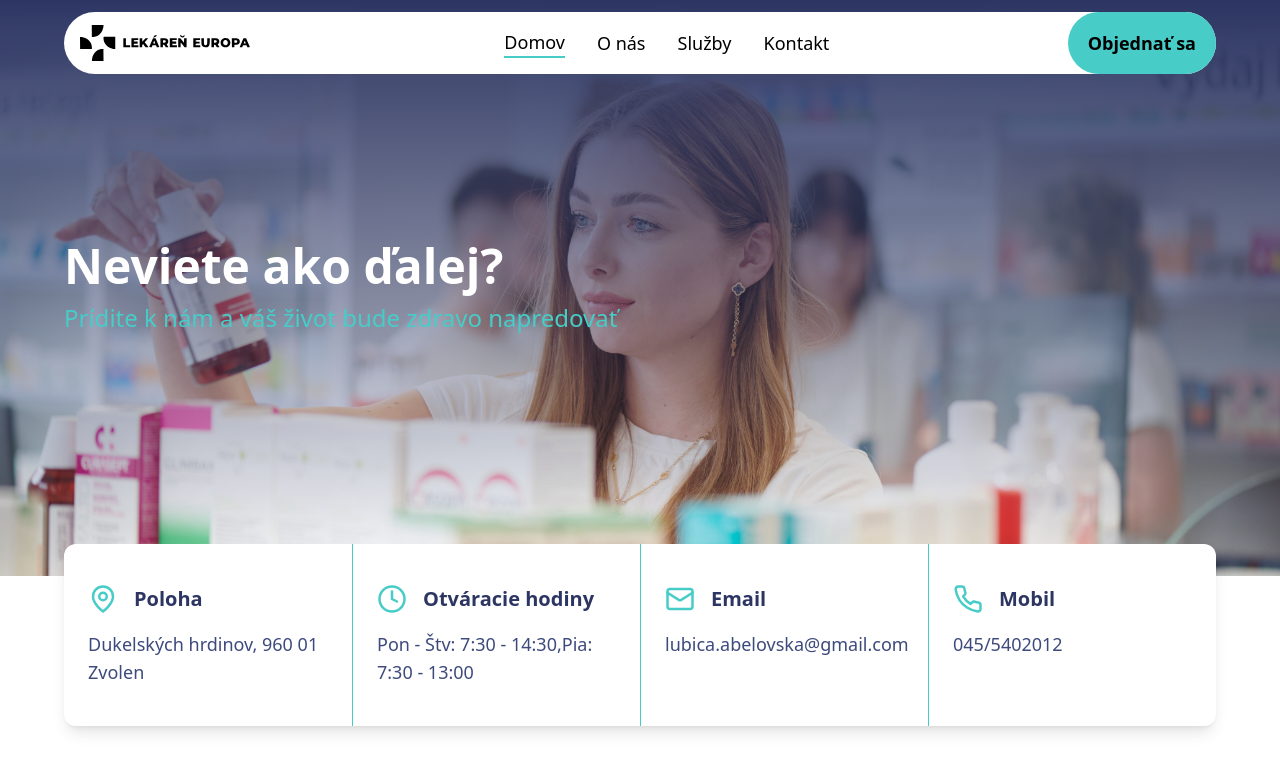
Repository: SimonSkoda13/Lekaren
Page: /
The author's editor kept a copy of each file at every save. The page is drawn from the files as they stood at one save, then again after the next save.
The browser window is 1280 px wide. The pictures show the whole page.
The project was rebuilt for these pictures with package versions that can differ from the ones it lists, and the page was loaded fresh each time. The framework's server and built-in components were replaced by stand-ins that run in the browser. Also part of the build but not shown: next.config.js.

Above is the page before, as saved 2023-04-23 16:09:23.

### src/app/layout.tsx
import { Header } from "./components/Header/Header";
import "./globals.css";
import { Poppins } from "next/font/google";

export const metadata = {
  title: "Create Next App",
  description: "Generated by create next app",
};

export default function RootLayout({
  children,
}: {
  children: React.ReactNode;
}) {
  return (
    <html lang="en">
      <body className="bg-white min-h-[100vh]">
        <Header />
        <main>{children}</main>
        <footer></footer>
      </body>
    </html>
  );
}

### src/app/page.tsx
import Image from "next/image";
import { Inter } from "next/font/google";
import { HomeHero } from "./components/HomeHero/HomeHero";
import { Contact } from "./components/Contact/Contact";
import { Phone, MapPin, Clock4, Mail } from "lucide-react";
import { getHomeSchema } from "./utils/get-home-schema";

const inter = Inter({ subsets: ["latin"] });

// page with

export default function Home() {
  return (
    <>
      <HomeHero
        title={"Neviete ako ďalej?"}
        image={"/homeBanner.jpg"}
        description={"Prídite k nám a váš život bude zdravo napredovať"}
      />
      <Contact
        items={[
          {
            title: "Poloha",
            link: "https://goo.gl/maps/L5p9gij7kJ6iXfnA9",
            description: "Dukelských hrdinov, 960 01 Zvolen",
            icon: <MapPin size={30} className="stroke-primary" />,
          },
          {
            title: "Otváracie hodiny",
            link: "https://goo.gl/maps/L5p9gij7kJ6iXfnA9",
            description: "Pon - Štv:  7:30 - 14:30,Pia: 7:30 - 13:00",
            icon: <Clock4 size={30} className="stroke-primary" />,
          },
          {
            title: "Email",
            link: "mailto:lubica.abelovska@gmail.com",
            description: "lubica.abelovska@gmail.com",
            icon: <Mail size={30} className="stroke-primary" />,
          },
          {
            title: "Mobil",
            description: "045/5402012",
            link: "tel:045/5402012",
            icon: <Phone size={30} className="stroke-primary" />,
          },
        ]}
      />
      {JSON.stringify(getHomeSchema())}
    </>
  );
}

### src/app/components/Header/Header.tsx
import Link from "next/link";
import React from "react";
import { Nav } from "./Nav/Nav";

export interface HeaderProps {}

export const Header = (props: HeaderProps) => {
  const {} = props;
  return (
    <header className="cntn fixed w-full top-3 z-10">
      <div className="flex bg-white rounded-full ">
        {/* logo */}
        <div className="flex justify-center items-center px-4">
          <img src="/logoHeader.svg" alt="logo" className="w-[170px]" />
        </div>
        {/* nav */}
        {/* get error for next server components */}

        <Nav />
        {/* button order self */}
        <div className="flex justify-center items-center px-5 p-0 bg-primary rounded-full text-lg font-bold">
          <Link href="/order">Objednať sa</Link>
        </div>
      </div>
    </header>
  );
};

### src/app/globals.css
@tailwind base;
@tailwind components;
@tailwind utilities;

@layer components {
  .cntn {
    @apply mx-auto px-4  max-w-screen-xl md:px-16;
  }
}

### src/app/components/HomeHero/HomeHero.tsx
import Image from "next/image";
import React from "react";
import { ImageGradient } from "./ImageGradient/ImageGradient";

export interface HomeHeroProps {
  title: string;
  image: string;
  description: string;
}

export const HomeHero = (props: HomeHeroProps) => {
  const { title, image, description } = props;
  return (
    <section className="relative h-[80vh] z-0 px-0">
      <div className="w-full h-full absolute left-0 top-0 ">
        {/* make filter for image to odd brightness from top biggest to bottom lowest */}
        <ImageGradient>
          <Image
            src={image}
            alt="Next.js logo"
            fill
            style={{
              objectFit: "cover",
              objectPosition: "center",
            }}
          />
        </ImageGradient>
      </div>
      <div className="cntn relative gap-3 h-full flex justify-center flex-wrap flex-col z-10">
        <h1 className="text-5xl font-bold text-white">{title}</h1>
        <p className="text-2xl text-primary">{description}</p>
      </div>
    </section>
  );
};

### src/app/components/Contact/Contact.tsx
import { Phone } from "lucide-react";
import { Url } from "next/dist/shared/lib/router/router";
import Image from "next/image";
import Link from "next/link";
import React, { ReactNode } from "react";

export interface ContactProps {
  items?: {
    title: string;
    description: string;
    icon: ReactNode;
    link?: string;
  }[];
}

export const Contact = (props: ContactProps) => {
  const { items } = props;
  return (
    <section className="cntn z-10 relative top-[-2rem]">
      <div className="w-full h-full grid grid-cols-2 md:grid-cols-4 items-start bg-white rounded-xl shadow-lg divide-x divide-primary">
        {items?.map((item) => (
          <Link href={item?.link as Url} className="h-full">
            <div className="flex flex-col items-start gap-4 p-6 py-10">
              <div className="flex w-full flex-row gap-4 items-center">
                {item.icon}
                <h2 className="text-xl font-bold text-secondary">
                  {item.title}
                </h2>
              </div>
              <p className="text-lg font-medium text-secondary-light">
                {item.description}
              </p>
            </div>
          </Link>
        ))}
      </div>
    </section>
  );
};

### src/app/utils/get-home-schema.ts
import { Pharmacy, WithContext } from "schema-dts";

export const getHomeSchema = () => {
  const schema: WithContext<Pharmacy> = {
    "@context": "https://schema.org",
    "@type": "Pharmacy",
    name: "Lekáreň Európa",
    currenciesAccepted: "EUR",
    openingHours: "Mo-Fr 08:00-18:00",
    paymentAccepted: "cash, credit card",
    containedInPlace: {
      "@type": "Place",
      name: "Europa SC",
      geo: {
        "@type": "GeoCoordinates",
        latitude: 48.7333,
        longitude: 19.15,
      },
    },
    publicAccess: true,
    slogan: "Predávame lieky v strede Slovenska",

    hasMap:
      "https://www.google.com/maps/place/Lek%C3%A1re%C5%88+Europea/@48.7299657,19.1328671,17z/data=!3m1!4b1!4m6!3m5!1s0x47153df0f0c243a1:0xd4c6def9d2574dea!8m2!3d48.7299622!4d19.135442!16s%2Fg%2F11bzx28x9_",
    description:
      "Predávame lieky v strede Slovenska, hlavne v okolí Banskej Bystrice a Zvolena. Čoskoro ponúkneme službu doručovania liekov pre seniorov a tých, ktorí to potrebujú",
    address: {
      "@type": "PostalAddress",
      streetAddress: "Na Troskách 25",
      addressLocality: "Banská Bystrica",
      postalCode: "974 01",
      addressCountry: "Slovakia",
    },
    telephone: "Your Telephone Number",
    email: "Your Email Address",
    url: "Your Website URL",
    image: "Your Hero Image URL",
    contactPoint: {
      "@type": "ContactPoint",
      telephone: "Your Telephone Number",
      email: "Your Email Address",
      contactType: "customer service",
    },
  };
};

### src/app/components/Header/Nav/Nav.tsx
"use client";

import Link from "next/link";
import { usePathname } from "next/navigation";
import React from "react";

export const Nav = () => {
  const path = usePathname();
  console.log(path);

  return (
    <div className="py-4 px-4 flex gap-8 items-center mx-auto text-lg font-medium">
      <Link
        href="/"
        className={
          path === "/"
            ? "inline-block border-primary border-b-2"
            : "transition-all duration-300 transform inline-block hover:border-b border-secondary"
        }
      >
        Domov
      </Link>
      <Link
        href="/onas"
        className={
          path === "/onas"
            ? "inline-block border-primary border-b-2"
            : "transition-all duration-300 transform inline-block hover:border-b border-secondary"
        }
      >
        O nás
      </Link>
      <Link
        href="/sluzby"
        className={
          path === "/sluzby"
            ? "inline-block border-primary border-b-2"
            : "transition-all duration-300 transform inline-block hover:border-b border-secondary"
        }
      >
        Služby
      </Link>
      <Link
        href="/kontakt"
        className={
          path === "/kontakt"
            ? "inline-block border-primary border-b-2"
            : "transition-all duration-300 transform inline-block hover:border-b border-secondary"
        }
      >
        Kontakt
      </Link>
    </div>
  );
};

### src/app/components/HomeHero/ImageGradient/ImageGradient.tsx
import React from "react";

export interface ImageGradientProps {
  children: React.ReactNode;
}

export const ImageGradient = (props: ImageGradientProps) => {
  const { children } = props;
  return (
    <div className="relative w-full h-full overflow-hidden z-10">
      <div className="absolute inset-0 z-10 bg-gradient-to-b from-secondary"></div>
      {children}
    </div>
  );
};

### tailwind.config.js
/** @type {import('tailwindcss').Config} */
module.exports = {
  content: [
    "./src/pages/**/*.{js,ts,jsx,tsx,mdx}",
    "./src/components/**/*.{js,ts,jsx,tsx,mdx}",
    "./src/app/**/*.{js,ts,jsx,tsx,mdx}",
  ],
  theme: {
    extend: {
      colors: {
        primary: "#47CCC8",
        secondary: "#2D3663",
        "secondary-light": "#3D4A7C",
      },
    },
  },
  plugins: [],
};

Loaded but not shown: src/app/api/hello/route.ts (common file)

After the next save:
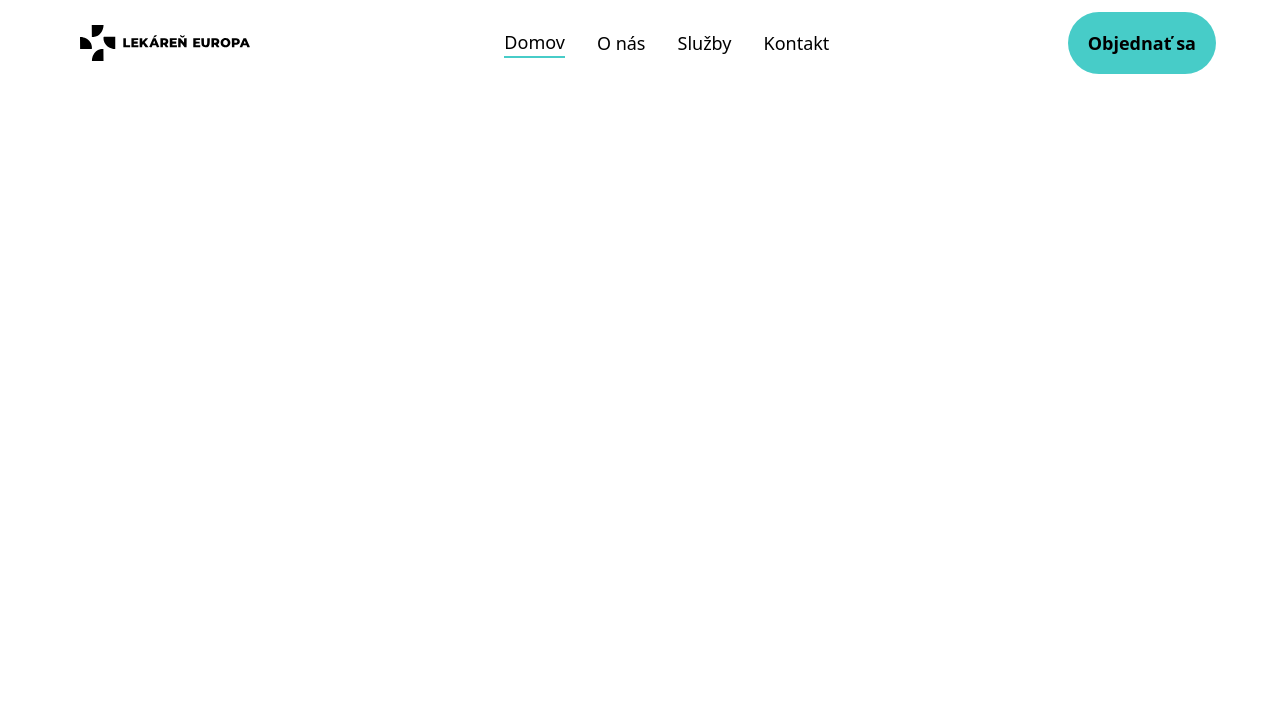
Saved 2 min 3 s later.
--- a/src/app/page.tsx
+++ b/src/app/page.tsx
@@ -12,7 +12,7 @@ const inter = Inter({ subsets: ["latin"] });
 export default function Home() {
   return (
     <>
-      <HomeHero
+      {/* <HomeHero
         title={"Neviete ako ďalej?"}
         image={"/homeBanner.jpg"}
         description={"Prídite k nám a váš život bude zdravo napredovať"}
@@ -44,7 +44,7 @@ export default function Home() {
             icon: <Phone size={30} className="stroke-primary" />,
           },
         ]}
-      />
+      /> */}
       {JSON.stringify(getHomeSchema())}
     </>
   );
